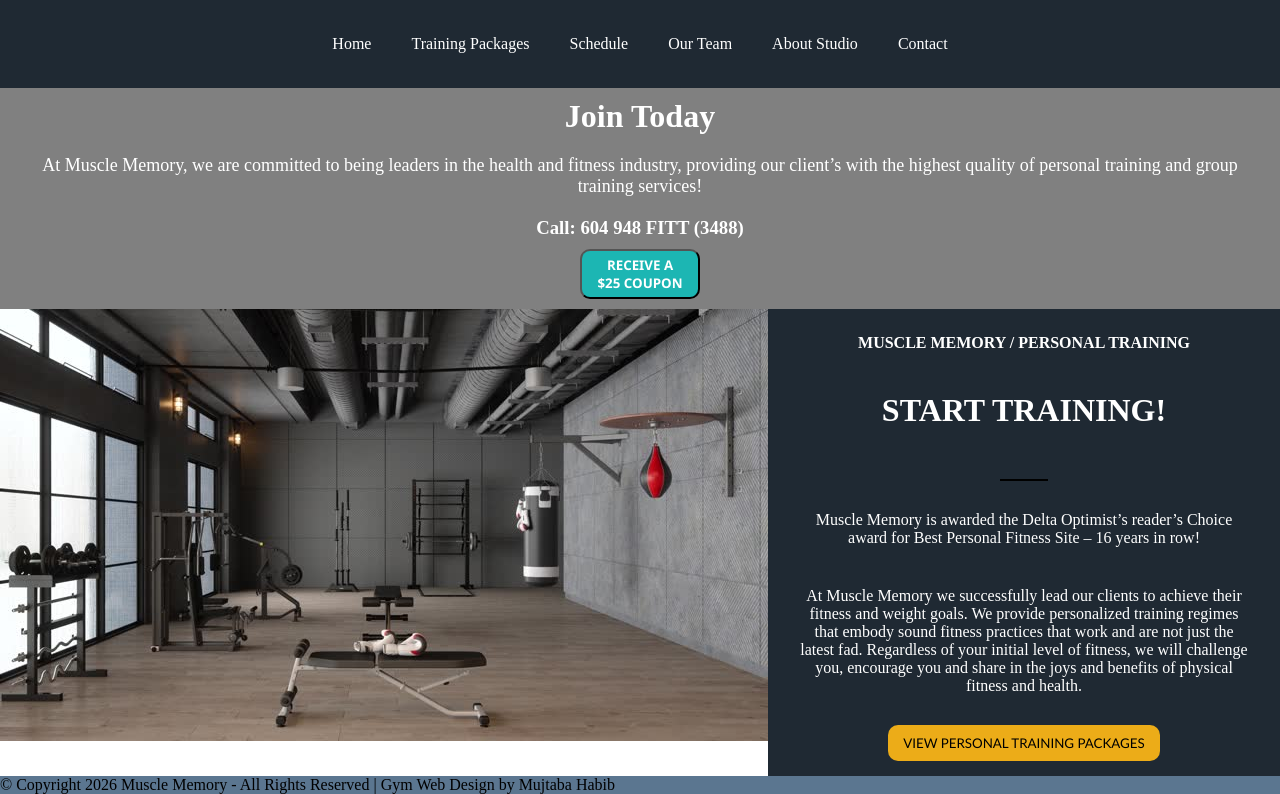
Repository: MujtabaHabib/muscle-memory-website
Page: index.html
An editor plug-in stored every save of this project. The page is shown before and after the next save, followed by the edit.
The browser window is 1280 px wide. The pictures show the whole page.

Above is the page before, as saved 2026-01-27 05:24:01.

### index.html
<!DOCTYPE html>
<html lang="en">

<head>
    <meta charset="UTF-8">
    <meta name="viewport" content="width=device-width, initial-scale=1.0">
    <title>Muscle Memory</title>
    <link rel="stylesheet" href="style.css">
</head>

<body>
    <div class="container">
        <nav>
            <ul class="list">
                <li><a href="#">Home</a></li>
                <li><a href="#">Training Packages</a></li>
                <li><a href="#">Schedule</a></li>
                <li><a href="#">Our Team</a></li>
                <li><a href="#">About Studio</a></li>
                <li><a href="#">Contact</a></li>
            </ul>
        </nav>
        <div class="details">
            <h1>Join Today</h1>
            <p>At Muscle Memory, we are committed to being leaders in the health and fitness industry,
                providing our client’s with the highest quality of personal training and group training
                services!</p>

            <h3>Call: 604 948 FITT (3488)</h3>
            <button>RECEIVE A $25 COUPON</button>
        </div>
        <div class="box">
            <div class="gym">
                <img src="gym.jpg" alt="gym">
            </div>
            <div class="message">
                <h4>MUSCLE MEMORY / PERSONAL TRAINING</h4>
                <h1 >START TRAINING!</h1>
                <hr>
                <p>Muscle Memory is awarded the Delta Optimist’s
                    reader’s Choice award for Best Personal
                    Fitness Site – 16 years in row!</p>
                <p>At Muscle Memory we successfully lead our clients to achieve their fitness and weight goals. We
                    provide personalized training regimes that embody sound fitness practices that work and are not just
                    the latest fad. Regardless of your initial level of fitness, we will challenge you, encourage you
                    and share in the joys and benefits of physical fitness and health.</p>
                <button>VIEW PERSONAL TRAINING PACKAGES</button>
            </div>
        </div>
        <footer>
            © Copyright 2026 Muscle Memory - All Rights Reserved |  Gym Web Design by Mujtaba Habib

        </footer>
    </div>

</body>

</html>

### style.css
* {
    margin: 0;
    padding: 0;
}

.list {
    display: flex;
    padding: 15px;
    justify-content: center;
    align-items: center;
    background-color: #1f2933;
}

.list a {
    text-decoration: none;
    color: white;
}

.list li {
    padding: 20px;
    list-style-type: none;
}

.details {
    text-align: center;
    background-color: gray;
    color: white;
}

.details button {
    height: 50px;
    width: 120px;
}

.details h1,
.details h3,
.details p,
.details button {
    padding: 10px 15px 10px;

}

.details p {
    font-size: 18px;
    justify-content: center;
}
.details button{
    padding-top: 5px;
    font-family: 'Segoe UI', Tahoma, Geneva, Verdana, sans-serif;
    margin-bottom: 10px;
    background-color:rgb(28, 182, 179);
    border-radius: 10px;
    color:white;
    font-weight:bold ;
    border-color: black;
}
.details button:hover{
    background-color: rgb(30, 160, 30);
    color:white;
}
hr {
    border: none;
    border-top: 2px solid #000000;
    width: 10%;
    margin: 20px auto;
    align-items: flex-start;
}

.box {
    display: flex;
    align-items: space-between;
    color: white;

}
.gym{
    object-fit:fill;
}

.message {

    padding: 15px;
    justify-content: center;
    text-align: center;
    background-color: #1f2933;

}

.message h1,
.message h4,
.message p {

    padding: 10px 15px 30px;
}

.message button{
    padding: 10px 15px 10px;
    background-color: rgb(236, 172, 24);
    font-family:'Gill Sans', 'Gill Sans MT', Calibri, 'Trebuchet MS', sans-serif;
    border-radius: 10px;
    border: #1f2933;

}

.message button:hover{
    background-color: green;
    color: white;

}
footer{
    background-color: #5b7690;
}

After the next save:
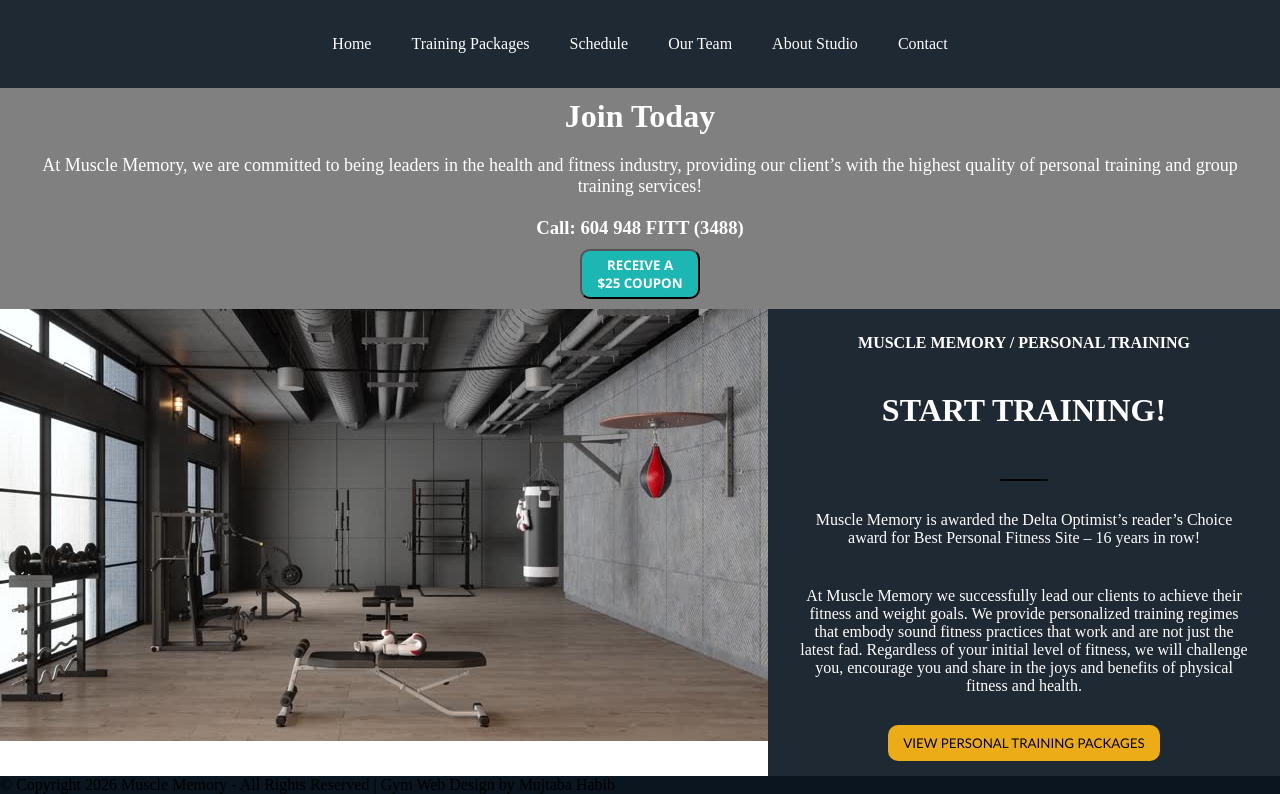
Saved 81 s later.
--- a/style.css
+++ b/style.css
@@ -107,5 +107,5 @@
 
 }
 footer{
-    background-color: #5b7690;
+    background-color: #0a151f;
 }
